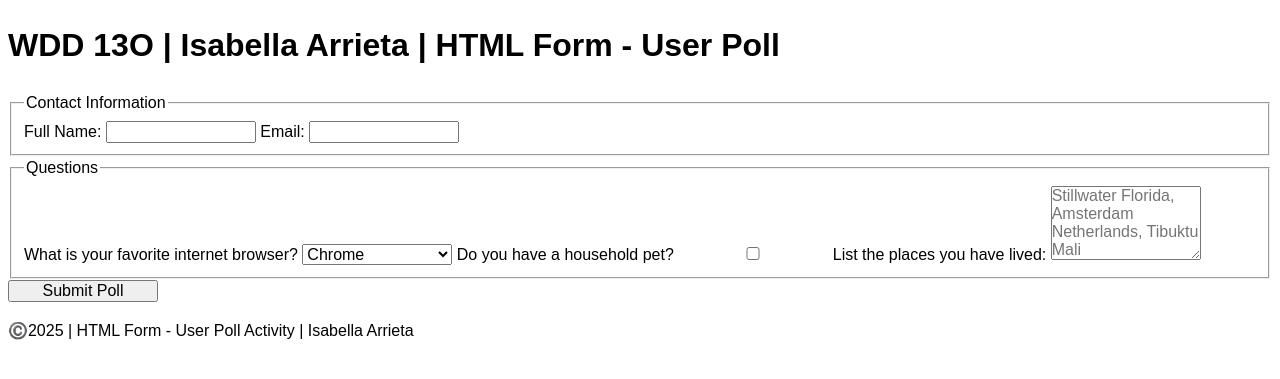
Repository: isaAJ05/wdd130
Page: week05/poll-form.html
These files come from the project's save history. The page is drawn as it stood at one moment and after a run of saves; the edit follows.
The browser window is 1280 px wide. The pictures show the whole page.

Above is the page before, as saved 2025-06-14 18:30:45.

### week05/poll-form.html
<!DOCTYPE html>
<html lang="en-us">
<head>
    <meta charset="UTF-8">
    <meta name="viewport" content="width=device-width, initial-scale=1.0">
    <title>WDD 130 | HTML Form - User Poll</title>
    <meta name="description" content="Poll form">
    <meta name="author" content="Isabella Arrieta">
    <link rel="stylesheet" href="styles/poll-form.css">
</head>
<body>
    <header>
        <h1>WDD 13O | Isabella Arrieta | HTML Form - User Poll</h1>
    </header>
    <main>
        <form>
            <fieldset>
                <legend>Contact Information</legend>
                <label>Full Name: <input type="text" name="fullname"></label>
                <label>Email: <input type="email" id="useremail" name="useremail"></label>
            </fieldset>
            <fieldset>
                <legend>Questions</legend>
                <label for="browser">What is your favorite internet browser?</label>
                <select id="browser" name="browser">
                    <option value="chrome">Chrome</option>
                    <option value="firefox">Firefox</option>
                    <option value="safari">Safari</option>
                    <option value="edge">Edge</option>
                    <option value="brave">Brave</option>
                    <option value="other">Other</option>
                </select>
                <label for="pet">Do you have a household pet?</label>
                <input type="checkbox" id="pet" name="pet">
                <label for="feedback">List the places you have lived:</label>
                <textarea id="feedback" name="feedback" rows="4" placeholder="Stillwater Florida, Amsterdam Netherlands, Tibuktu Mali"></textarea>
            </fieldset>
            <button type="submit">Submit Poll</button>
        </form>
    </main>
    <footer>
        <p>©️2025 | HTML Form - User Poll Activity | Isabella Arrieta</p>

    </footer>
</body>
</html>

### week05/styles/poll-form.css
button,
input,
select,
textarea {
  font-family: inherit;
  font-size: 100%;
  width: 150px;
  padding: 0;
  margin: 0;
  box-sizing: border-box;
}
body {
  font-family: Arial, Helvetica, sans-serif;
  font-size: 16px;
  line-height: 1.5;
}

After the next 2 saves:
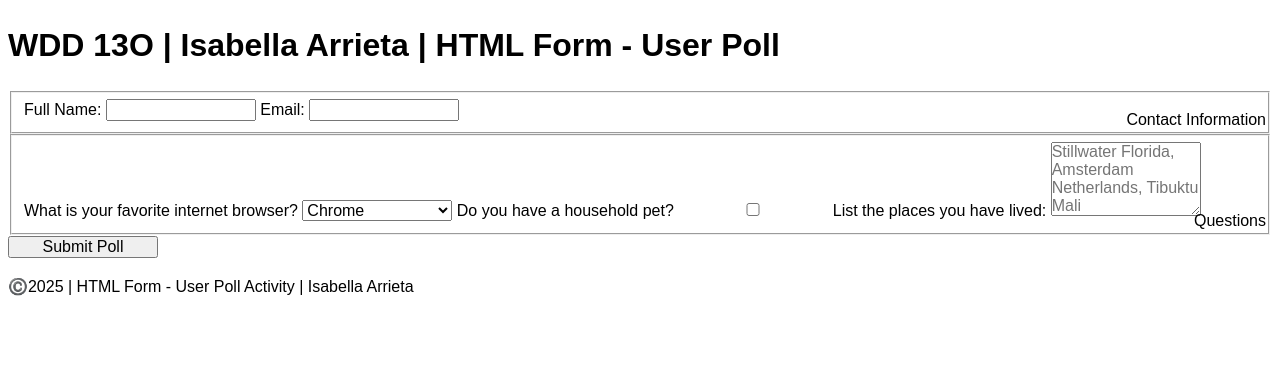
The 2 saves are shown as one change because they came seconds apart.
The last was saved 13 s later.
--- a/week05/styles/poll-form.css
+++ b/week05/styles/poll-form.css
@@ -14,3 +14,12 @@ body {
   font-size: 16px;
   line-height: 1.5;
 }
+fieldset {
+  position: relative;
+}
+
+legend {
+  position: absolute;
+  bottom: 0;
+  right: 0;
+}
